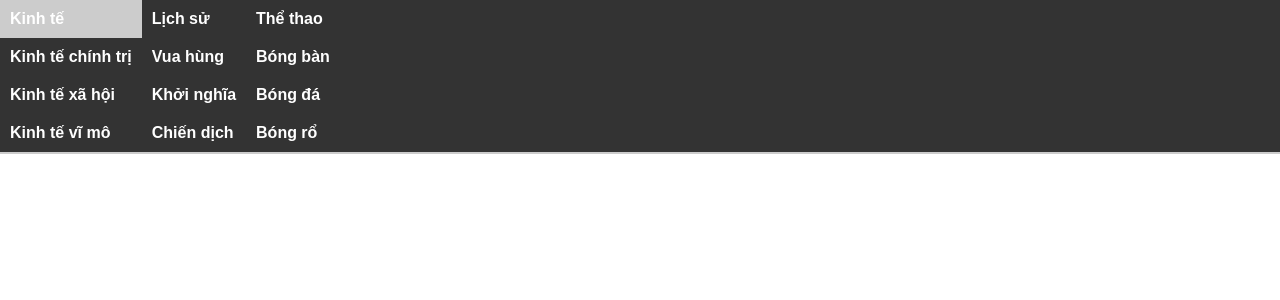
Repository: Ngoc28/HTML-CSS
Page: index.html
An editor plug-in stored every save of this project. The page is shown before and after the next save, followed by the edit.
The browser window is 1280 px wide. The pictures show the whole page.

Above is the page before, as saved 2023-08-05 16:34:23.

After the next save:
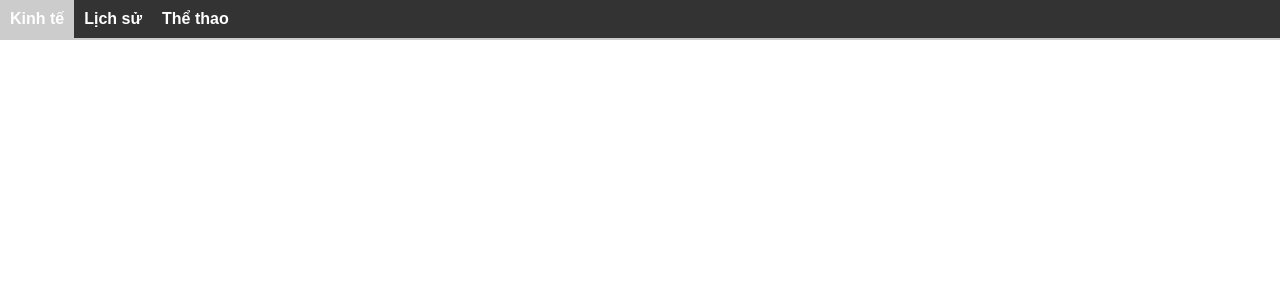
Saved 10 s later.
--- a/style.css
+++ b/style.css
@@ -36,7 +36,7 @@ body {
     background: #ccc;
 }
 
-.link .nav-link{
+.link ~ .nav-link:hover{
     display: block;
 }
 
